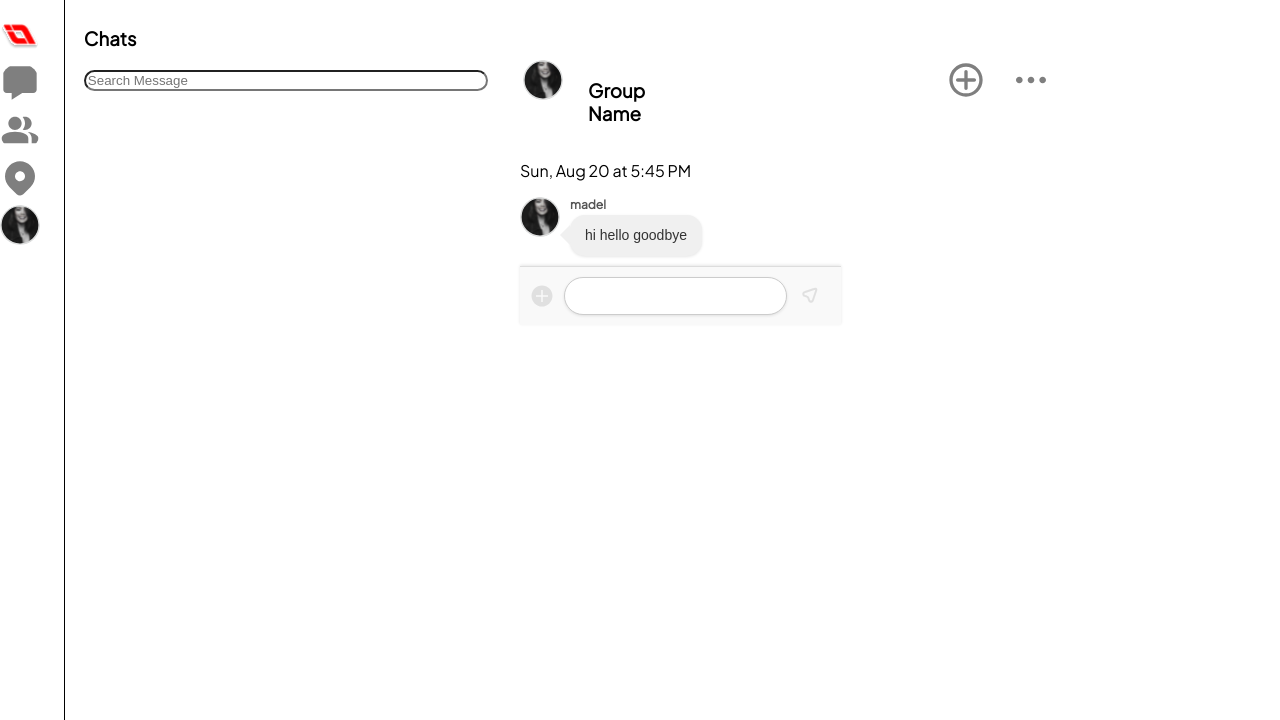
Repository: Nicktacku/LawChat
Page: /homechat (app in frontend/lawchat/)
The author's editor kept a copy of each file at every save. The page is drawn from the files as they stood at one save, then again after a run of saves.
The browser window is 1280 px wide. The pictures show the whole page.
The page's requests for data from a server got no answer. The project was rebuilt for these pictures with package versions that can differ from the ones it lists, and the page was loaded fresh each time. No one was signed in, and anything a server would have sent is missing. Also part of the build but not shown: frontend/lawchat/src/styles/button.css, frontend/lawchat/src/components/Button.js, frontend/lawchat/src/pages/Home.js, frontend/lawchat/src/pages/Login.js, frontend/lawchat/src/styles/chatpreview.css, frontend/lawchat/src/components/ChatPreview.js, frontend/lawchat/src/pages/Test.js.

Above is the page before, as saved 2024-08-16 11:10:07.

### frontend/lawchat/public/index.html
<!DOCTYPE html>
<html lang="en">
  <head>
    <meta charset="utf-8" />
    <link rel="icon" href="%PUBLIC_URL%/favicon.ico" />
    <meta name="viewport" content="width=device-width, initial-scale=1" />
    <meta name="theme-color" content="#000000" />
    <meta
      name="description"
      content="Web site created using create-react-app"
    />
    <link rel="apple-touch-icon" href="%PUBLIC_URL%/logo192.png" />
    <!--
      manifest.json provides metadata used when your web app is installed on a
      user's mobile device or desktop. See https://developers.google.com/web/fundamentals/web-app-manifest/
    -->
    <link rel="manifest" href="%PUBLIC_URL%/manifest.json" />
    <link
      href="https://fonts.googleapis.com/css?family=Plus Jakarta Sans"
      rel="stylesheet"
    />
    <!--
      Notice the use of %PUBLIC_URL% in the tags above.
      It will be replaced with the URL of the `public` folder during the build.
      Only files inside the `public` folder can be referenced from the HTML.

      Unlike "/favicon.ico" or "favicon.ico", "%PUBLIC_URL%/favicon.ico" will
      work correctly both with client-side routing and a non-root public URL.
      Learn how to configure a non-root public URL by running `npm run build`.
    -->
    <title>React App</title>
  </head>
  <body>
    <noscript>You need to enable JavaScript to run this app.</noscript>
    <div id="root"></div>
    <!--
      This HTML file is a template.
      If you open it directly in the browser, you will see an empty page.

      You can add webfonts, meta tags, or analytics to this file.
      The build step will place the bundled scripts into the <body> tag.

      To begin the development, run `npm start` or `yarn start`.
      To create a production bundle, use `npm run build` or `yarn build`.
    -->
  </body>
</html>

### frontend/lawchat/src/App.js
import Home from "./pages/Home.js";
import Login from "./pages/Login.js";
import HomeChat from "./pages/HomeChat.js";

import {
  createBrowserRouter,
  createRoutesFromElements,
  Route,
  RouterProvider,
} from "react-router-dom";
import Test from "./pages/Test.js";

const router = createBrowserRouter(
  createRoutesFromElements(
    <Route path="/">
      <Route index element={<Home />} />
      <Route path="/login" element={<Login />} />
      <Route path="/homechat" element={<HomeChat />} />
      <Route path="/test" element={<Test />} />
    </Route>
  )
);

function App() {
  return (
    <div className="App">
      {/* <Login /> */}
      <RouterProvider router={router} />
    </div>
  );
}

export default App;

### frontend/lawchat/src/pages/HomeChat.js
import React, { useEffect, useState } from "react";

import logo from "../images/logo.svg";
import chaticon from "../images/chaticon.svg";
import friendsicon from "../images/friendsicon.svg";
import locationicon from "../images/locationicon.svg";
import personaldp from "../images/personaldp.svg";

import newchaticon from "../images/newchaticon.svg";
import ChatPreview from "../components/ChatPreview";

import addicon from "../images/addicon.svg";
import tripledoticon from "../images/tripledoticon.svg";
import ChatBubble from "../components/ChatBubble";

import attachicon from "../images/attachicon.svg";

import sendicon from "../images/sendicon.svg";

import "../styles/homechat.css";

import axios from "axios";

const HomeChat = () => {
  const [loading, setLoading] = useState(false);
  const [gcs, setGcs] = useState([]);
  const [chats, setChats] = useState([]);

  useEffect(() => {
    setLoading(true);
    axios
      .get("http://localhost:5555/gc")
      .then((response) => {
        setGcs(response.data);
        return axios.get(
          "http://localhost:5555/gc/chats/66bd6a69b21a0789dbf1601f"
        );
      })
      .then((response) => {
        setChats(response.data);
      })
      .catch((err) => {
        console.log(err);
        setLoading(false);
      });
  }, []);
  return (
    <div className="container">
      <div className="sidebar">
        <img src={logo} className="img" /> <br />
        <img src={chaticon} className="img" /> <br />
        <img src={friendsicon} className="img" /> <br />
        <img src={locationicon} className="img" /> <br />
        <img src={personaldp} className="img" /> <br />
      </div>
      <div className="chats">
        <h3 className="h3">
          <b>Chats</b>
        </h3>
        <image src={newchaticon} />
        <form>
          <input type="text" placeholder="Search Message" className="search" />
        </form>
        {gcs.map((gc) => (
          <ChatPreview name={gc.name} preview="blah blah" />
        ))}
      </div>
      <div className="chat">
        <div className="chat-bar">
          <img src={personaldp} className="chat-image" />
          <h3 className="chat-name">Group Name</h3>
          <img src={addicon} className="chat-add" />
          <img src={tripledoticon} className="chat-menu" />
        </div>
        <span className="chat-content">
          <p>Sun, Aug 20 at 5:45 PM</p>
          <ChatBubble
            name="madel"
            message="hi hello goodbye"
            className="chat-content"
          />
        </span>
        <div className="chatbox">
          <img src={attachicon} />
          <form>
            <input type="text" placeholder="" />
            <img src={sendicon} />
          </form>
        </div>
      </div>
    </div>
  );
};

export default HomeChat;

### frontend/lawchat/src/styles/home.css
body {
    font-family: 'Plus Jakarta Sans';
}

.body {
    padding-left: 5%;
    padding-right: 5%;
}

.navbar {
    overflow: hidden;
    border-bottom: 1px solid rgba(129, 133, 137, 0.3);
    padding-left: 3%;
    padding-right: 3%;
}



.nav-list {
    list-style-type: none;
    margin: 0;
    padding: 0;
    text-align: center;
}

.nav-item {
    float: right;
    padding: 2vh;
}

.logo{
    overflow: hidden;
    float:left;
}

.body-content {
    width: 40%;
    float: left;
    justify-content: center;
}

.body-image {
    width: 60%;
    float: right;
}

.h1{
    font-size: 18vh;
    margin-top: 30%;
}

.p {
    font-size: 5vh;
    color: gray;
}

.stores {
    justify-content: space-around;
}

.body-image {
    position: relative;
}

/* .body-image-content {
    position: absolute;
    width: 100px;
    height: 100px;
    border: 1px solid red;
} */

### frontend/lawchat/src/components/ChatBubble.js
import React from "react";

import personaldp from "../images/personaldp.svg";

import "../styles/chatbubble.css";

function ChatBubble(props) {
  return (
    <div className="container">
      <img src={personaldp} alt="Profile Picture" />
      <div className="message-wrapper">
        <div className="sender-name">{props.name}</div>
        <div className="chat-message">{props.message}</div>
      </div>
    </div>
  );
}

export default ChatBubble;

### frontend/lawchat/src/styles/homechat.css
.sidebar {
    height: 100%;
    width: 5%;
    position: fixed;
    top: 0;
    left: 0;
    overflow-x: hidden;
    padding-top: 16px;
    border-right: 1px solid black;
    /* justify-content: center; */
    /* align-items: center; */
  }

.chat {
    margin-left: 40%;
    position: absolute;
    top: 0%;
}

.chats {
    margin-left: 6%
}

.img{
    width: 9vh;
    padding-bottom: 5%;
  }

.search {
    border-radius: 30px;
    width: 55vh
}

.chat-bar{
  margin-top: 20%;
  display:flex;
  justify-content: space-around;
}

.chat-image{
  margin-left: 1%;
}

.chat-name{
  margin-left: 5%;
}

.chat-add{
  margin-left: 100%;
}

.chat-menu{
  margin-left: 5%;
}

.chatbox {
  display: flex;
  align-items: center;
  padding: 10px;
  background-color: #f9f9f9;
  border-top: 1px solid #ddd;
  box-shadow: 0px -1px 3px rgba(0, 0, 0, 0.1);
  width: 100%;
}

.chatbox img {
  width: 24px;
  height: 24px;
  cursor: pointer;
  margin-right: 10px;
}

.chatbox form {
  display: flex;
  align-items: center;
  flex-grow: 1;
}

.chatbox input[type="text"] {
  flex-grow: 1;
  padding: 10px;
  border-radius: 20px;
  border: 1px solid #ccc;
  outline: none;
  font-family: Arial, sans-serif;
  font-size: 14px;
  background-color: #fff;
  box-shadow: 0px 1px 3px rgba(0, 0, 0, 0.1);
  margin-right: 10px;
}

.chatbox input[type="text"]::placeholder {
  color: #aaa;
}

.chatbox button {
  background: none;
  border: none;
  cursor: pointer;
}

.chatbox button img {
  width: 24px;
  height: 24px;
}

.chatbox input[type="text"]:focus {
  border-color: #007bff;
  box-shadow: 0px 0px 5px rgba(0, 123, 255, 0.5);
}

### frontend/lawchat/src/styles/chatbubble.css
.container {
  display: flex;
  align-items: flex-start; /* Aligns the profile image and text container at the top */
  margin-bottom: 10px;
}

.container img {
  width: 40px;
  height: 40px;
  border-radius: 50%;
  margin-right: 10px;
  flex-shrink: 0; /* Prevents the image from shrinking */
}

.message-wrapper {
  display: flex;
  flex-direction: column; /* Stacks the sender name and message vertically */
  max-width: 80%; /* Limits the width of the chat message */
}

.sender-name {
  font-size: 12px;
  color: #555;
  margin-bottom: 3px;
  font-weight: bold;
}

.chat-message {
  background-color: #f0f0f0;
  color: #333;
  padding: 10px 15px;
  border-radius: 15px;
  font-family: Arial, sans-serif;
  font-size: 14px;
  line-height: 1.5;
  box-shadow: 0px 1px 3px rgba(0, 0, 0, 0.1);
  position: relative;
  word-wrap: break-word; /* Ensures long words break onto the next line */
}

.chat-message::before {
  content: "";
  position: absolute;
  top: 10px;
  left: -10px;
  width: 0;
  height: 0;
  border-top: 10px solid transparent;
  border-bottom: 10px solid transparent;
  border-right: 10px solid #f0f0f0;
}

Loaded but not shown: frontend/lawchat/src/index.js (common file)

After the next 2 saves:
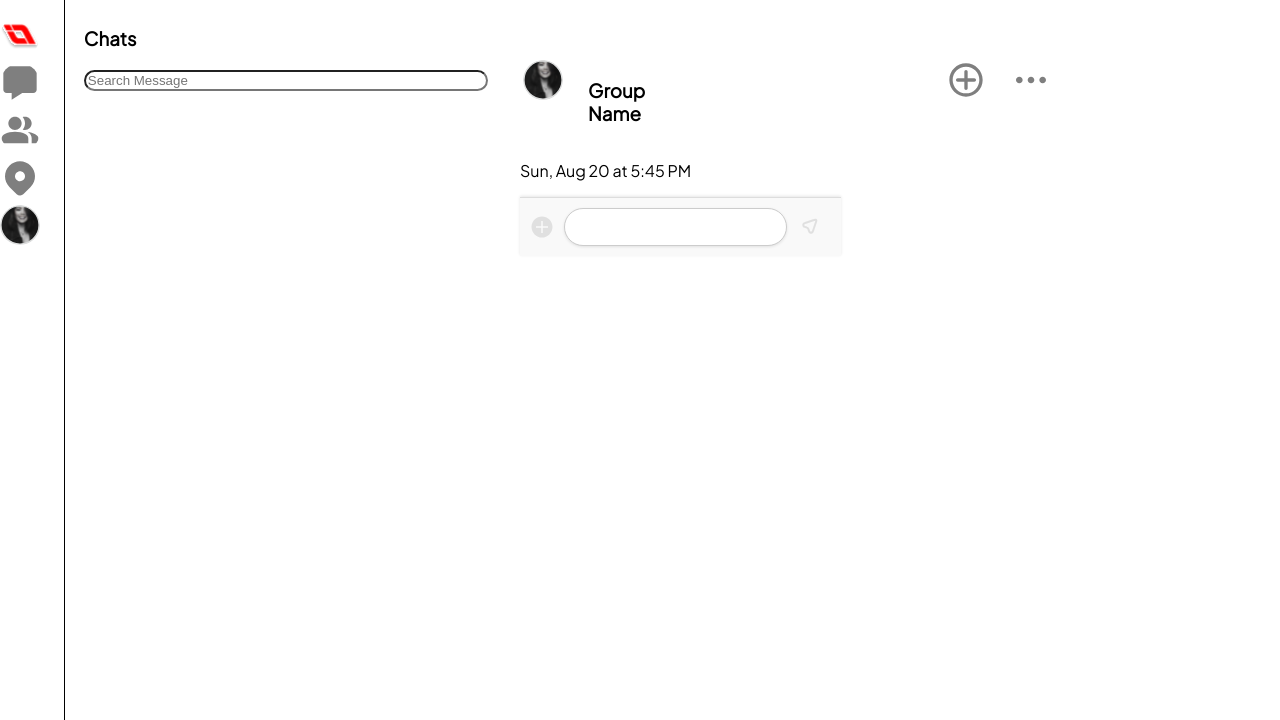
The 2 saves are shown as one change because 1 did not build or start.
The last was saved 88 s later.
--- a/frontend/lawchat/src/pages/HomeChat.js
+++ b/frontend/lawchat/src/pages/HomeChat.js
@@ -74,11 +74,13 @@ const HomeChat = () => {
         </div>
         <span className="chat-content">
           <p>Sun, Aug 20 at 5:45 PM</p>
-          <ChatBubble
-            name="madel"
-            message="hi hello goodbye"
-            className="chat-content"
-          />
+          {chats.map((chat) => (
+            <ChatBubble
+              name="madel"
+              message="hi hello goodbye"
+              className="chat-content"
+            />
+          ))}
         </span>
         <div className="chatbox">
           <img src={attachicon} />
